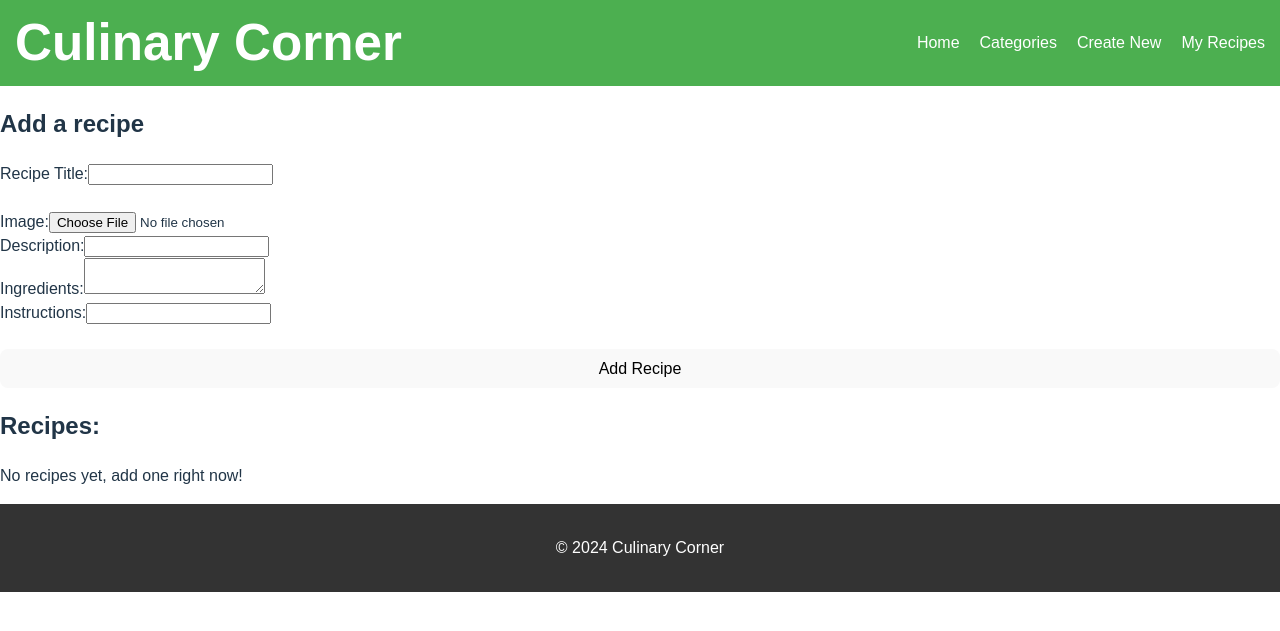
Repository: danielder10/Mon-Jumi-Daniel-FrontEnd-Project
Page: /add-new-recipe
An editor plug-in stored every save of this project. The page is shown before and after the next save, followed by the edit.
The browser window is 1280 px wide. The pictures show the whole page.
The project was rebuilt for these pictures with package versions that can differ from the ones it lists, and the page was loaded fresh each time. Also part of the build but not shown: vite.config.js, src/Home.jsx, src/Categories.jsx, src/MyRecipes.jsx, src/RecipesDetails.jsx.

Above is the page before, as saved 2024-11-16 01:14:47.

After the next save:
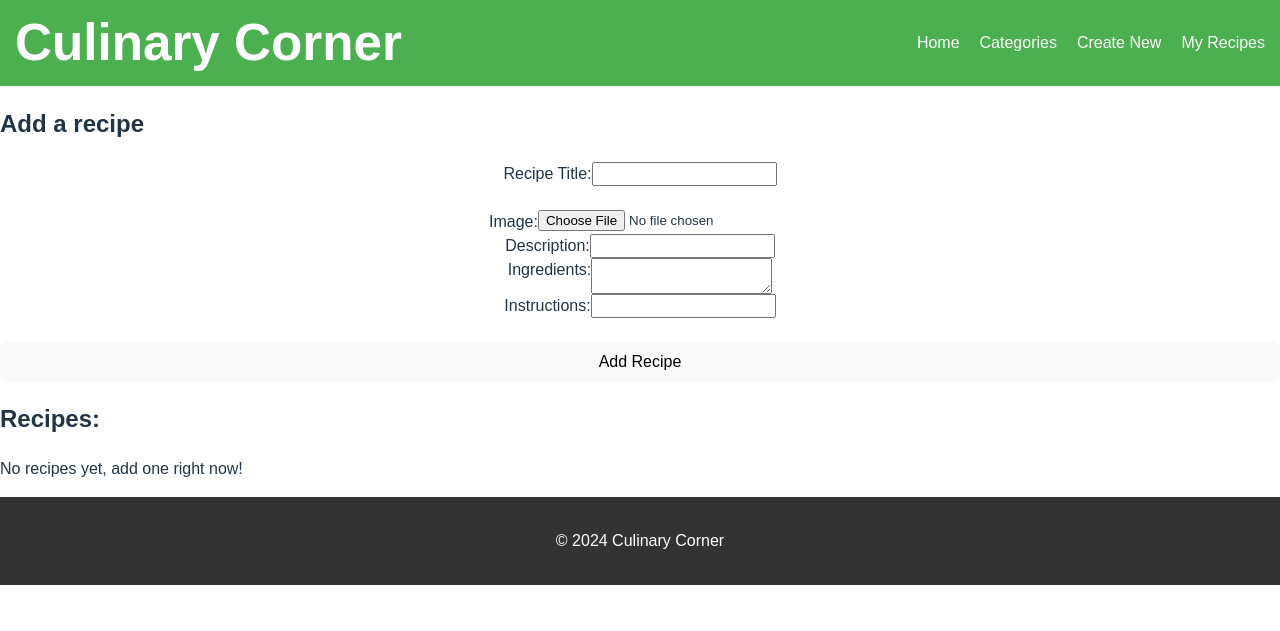
Saved 41 s later.
--- a/src/App.css
+++ b/src/App.css
@@ -86,3 +86,9 @@ footer {
   display: flex;
   flex-direction: column;
 }
+
+.input-field {
+  display: flex;
+  flex-direction: row;
+  justify-content: center;
+}
